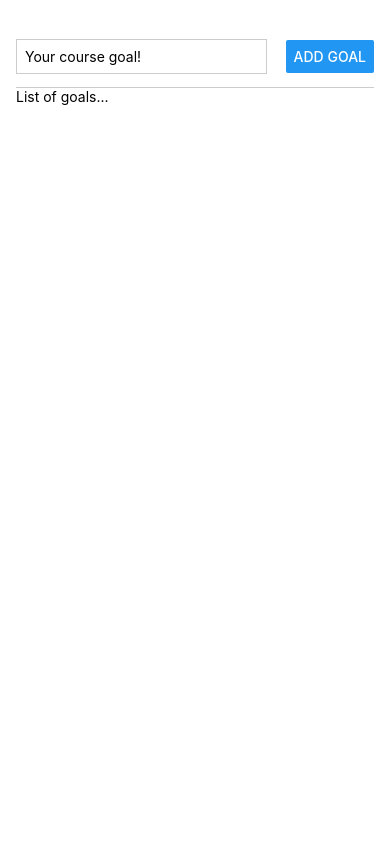
Repository: akinolapo/ToDoApp
Screen: /
An editor plug-in stored every save of this project. The screen is shown before and after the next save, followed by the edit.
The app was drawn by React Native's web renderer in a window 390 px wide. The project was rebuilt for these pictures with package versions that can differ from the ones it lists, and the page was loaded fresh each time.

Above is the screen before, as saved 2022-09-15 13:52:33.

### App.js
import { StyleSheet, Text, View, Button, TextInput } from 'react-native';

export default function App() {
  return (
    <View style={styles.appContainer}>
      <View style={styles.inputContainer}>
        <TextInput style={styles.textInput} placeholder='Your course goal!'/>
        <Button title='Add Goal'/>
      </View>
      <View style={styles.goalsContainer}>
        <Text>List of goals...</Text>
      </View>
    </View>
  );
}

const styles = StyleSheet.create({
  appContainer: {
    paddingTop: 50,
    paddingHorizontal: 16,
  },
  inputContainer: {
    flex: 1,
    flexDirection: 'row',
    justifyContent: 'space-between',
    alignItems: 'center',
    paddingBottom: 24,
    borderBottomWidth: 1,
    borderBottomColor: '#cccccc'
  },
  textInput: {
    borderWidth: 1,
    borderColor: '#cccccc',
    width: '70%',
    marginRight: 8,
    padding: 8
  },
  goalsContainer: {
    flex: 3,
  }
});

After the next save:
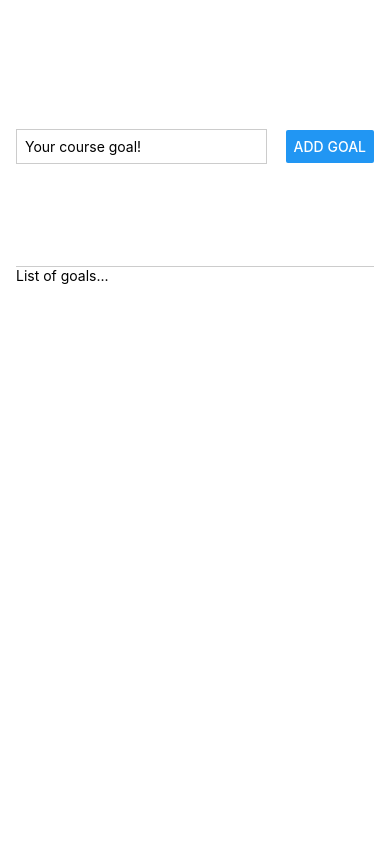
Saved 7 s later.
--- a/App.js
+++ b/App.js
@@ -16,6 +16,7 @@ export default function App() {
 
 const styles = StyleSheet.create({
   appContainer: {
+    flex: 1,
     paddingTop: 50,
     paddingHorizontal: 16,
   },
